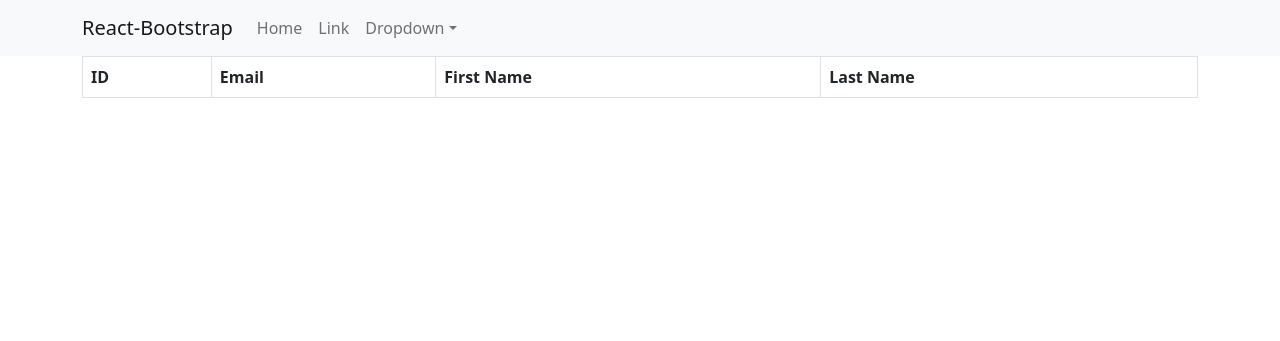
Repository: hieuche123/practice-reactjs
Page: /
The author's editor kept a copy of each file at every save. The page is drawn from the files as they stood at one save, then again after a run of saves.
The browser window is 1280 px wide. The pictures show the whole page.
The page's requests for data from a server got no answer. The project was rebuilt for these pictures with package versions that can differ from the ones it lists, and the page was loaded fresh each time. No one was signed in, and anything a server would have sent is missing.

Above is the page before, as saved 2023-03-21 20:55:36.

After the next 2 saves:
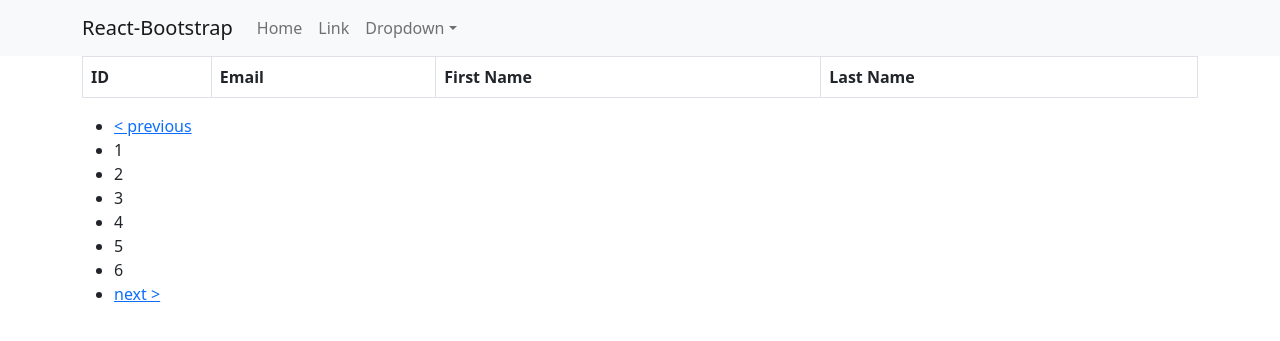
The 2 saves are shown as one change because 1 did not build or start.
The last was saved 109 s later.
--- a/src/components/TableUsers.js
+++ b/src/components/TableUsers.js
@@ -16,6 +16,15 @@ function TableUsers(props) {
         }
         console.log(res)
     }
+
+    const handlePageClick = (event) => {
+        // const newOffset = (event.selected * itemsPerPage) % items.length;
+        // console.log(
+        //   `User requested page number ${event.selected}, which is offset ${newOffset}`
+        // );
+        // setItemOffset(newOffset);
+      };
+
     return (
         <>
             <Table striped bordered hover>
@@ -43,6 +52,15 @@ function TableUsers(props) {
                     }
                 </tbody>
             </Table>
+            <ReactPaginate
+                breakLabel="..."
+                nextLabel="next >"
+                onPageChange={handlePageClick}
+                pageRangeDisplayed={5}
+                pageCount={6}
+                previousLabel="< previous"
+                renderOnZeroPageCount={null}
+            />
 
 
         </>
